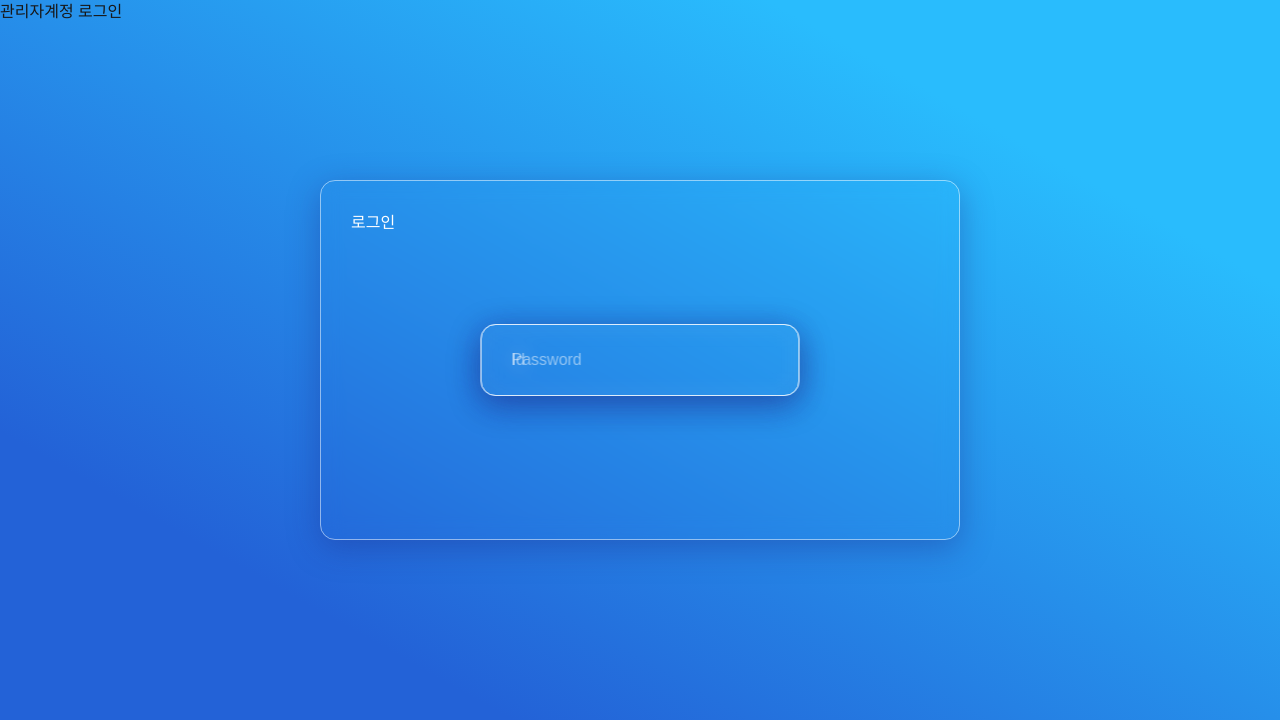
Repository: LEEYONGJUN3068/cms
Page: /login
An editor plug-in stored every save of this project. The page is shown before and after the next save, followed by the edit.
The browser window is 1280 px wide. The pictures show the whole page.
The page's requests for data from a server got no answer. The project was rebuilt for these pictures with package versions that can differ from the ones it lists, and the page was loaded fresh each time. The framework's server and built-in components were replaced by stand-ins that run in the browser. No one was signed in, and anything a server would have sent is missing. Also part of the build but not shown: next.config.mjs.

Above is the page before, as saved 2025-09-23 13:36:26.

After the next save:
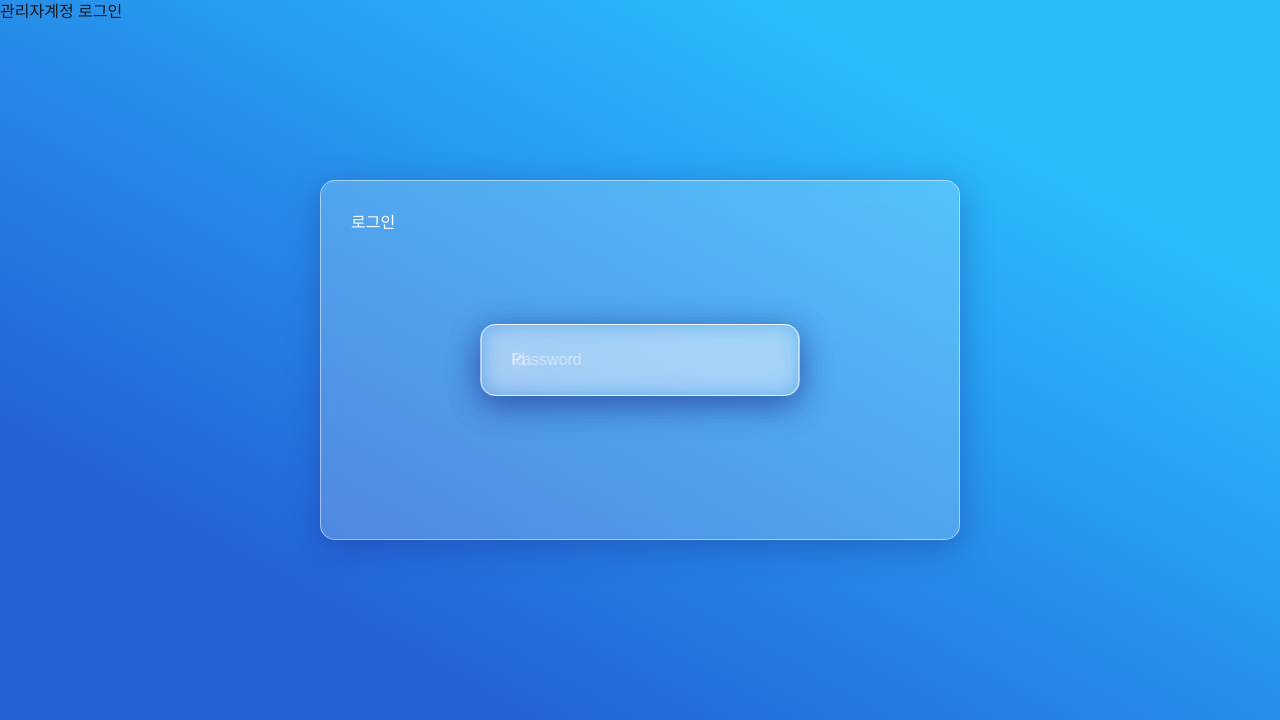
Saved 113 s later.
--- a/src/app/login/login.module.scss
+++ b/src/app/login/login.module.scss
@@ -10,6 +10,7 @@
         transform: translate(-50%, -50%);
         width: 50%;
         height: 50vh;
+        background: rgba(255, 255, 255, 0.2);
         backdrop-filter: blur(10px);
         -webkit-backdrop-filter: blur(10px); /* Safari 브라우저 지원 */
         border: 1px solid rgba(255, 255, 255, 0.5);
